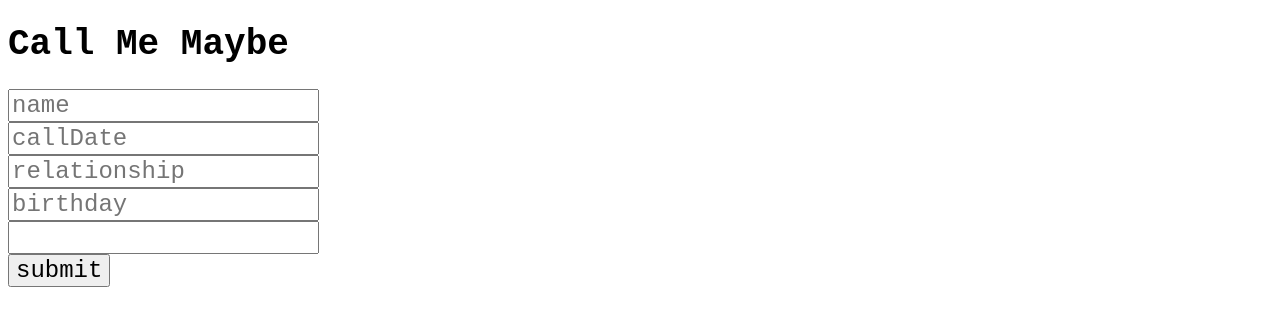
Repository: sviaduc/CallMeMaybe
Page: CallMeMaybeRest/WebContent/index.html
An editor plug-in stored every save of this project. The page is shown before and after the next save, followed by the edit.
The browser window is 1280 px wide. The pictures show the whole page.
The page's requests for data from a server got no answer. Some web libraries are served in a nearby version.

Above is the page before, as saved 2017-10-22 20:59:18.

After the next save:
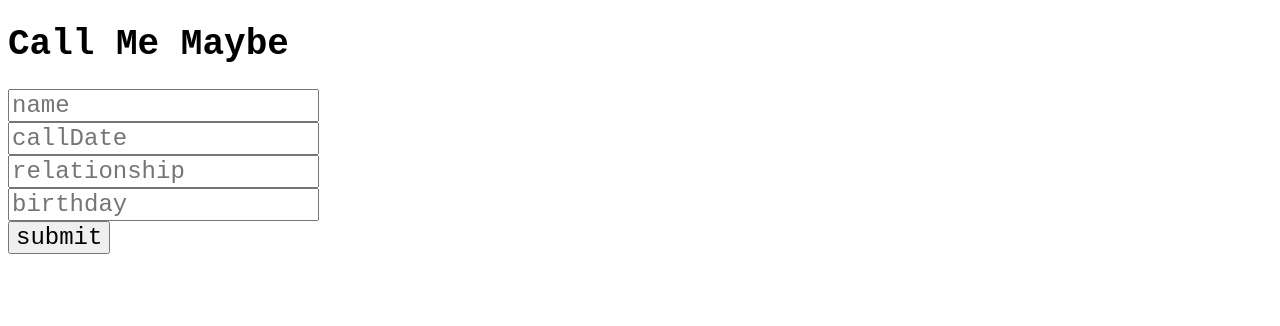
Saved 66 s later.
--- a/CallMeMaybeRest/WebContent/index.html
+++ b/CallMeMaybeRest/WebContent/index.html
@@ -16,7 +16,6 @@
       <input type="text" name="relationship" placeholder="relationship">
       <!-- <input type="text" name="img"  placeholder="img"> -->
       <input type="text" name="birthday"  placeholder="birthday">
-      <input type="number" name="carePoints"  type="hidden">
 
       <input id= "create" type="submit" name="" value="submit">
     </form>
